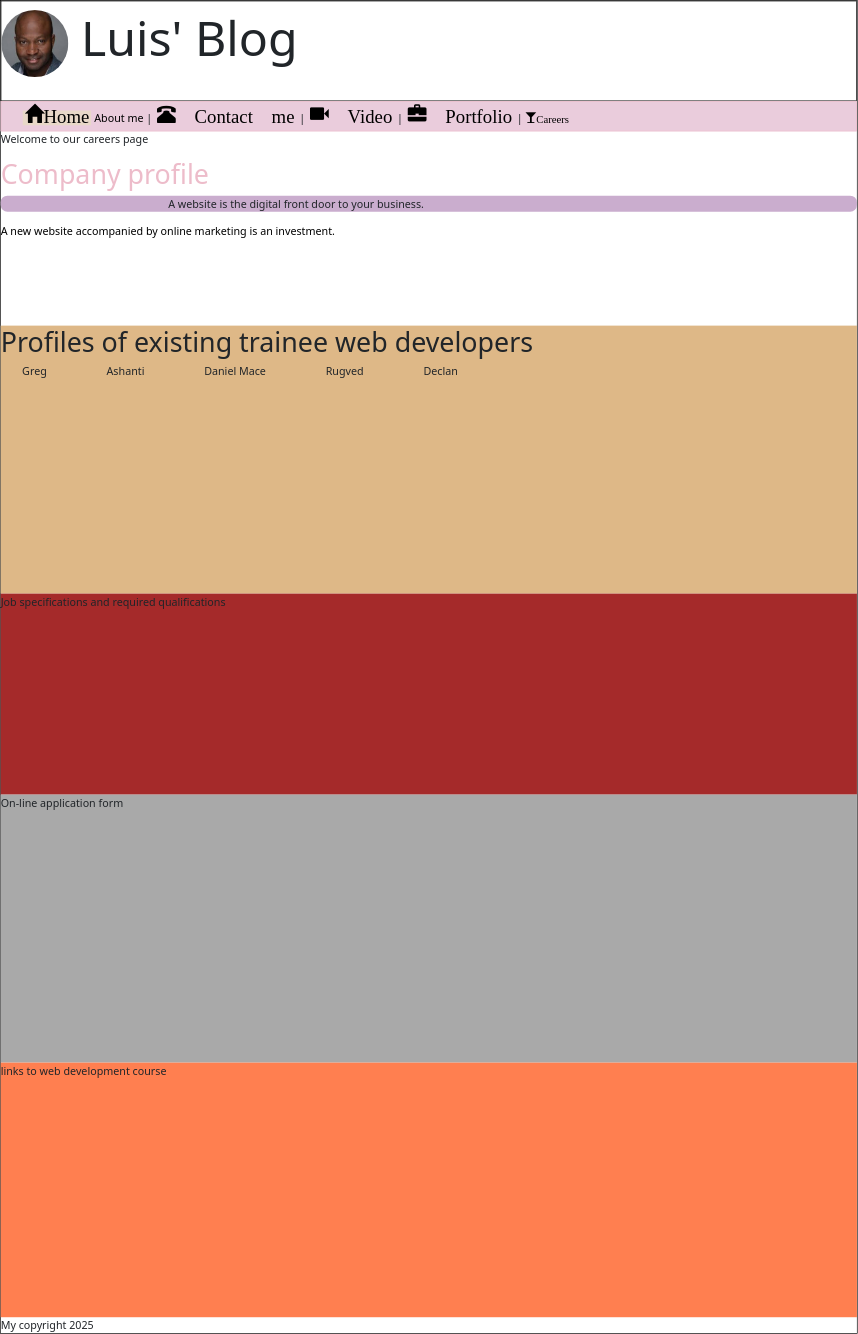
Repository: wduluis/wduluis.github.io
Page: careers.html
An editor plug-in stored every save of this project. The page is shown before and after the next save, followed by the edit.
The browser window is 1280 px wide. The pictures show the whole page, at 67% of full size.

Above is the page before, as saved 2025-05-09 12:23:35.

After the next save:
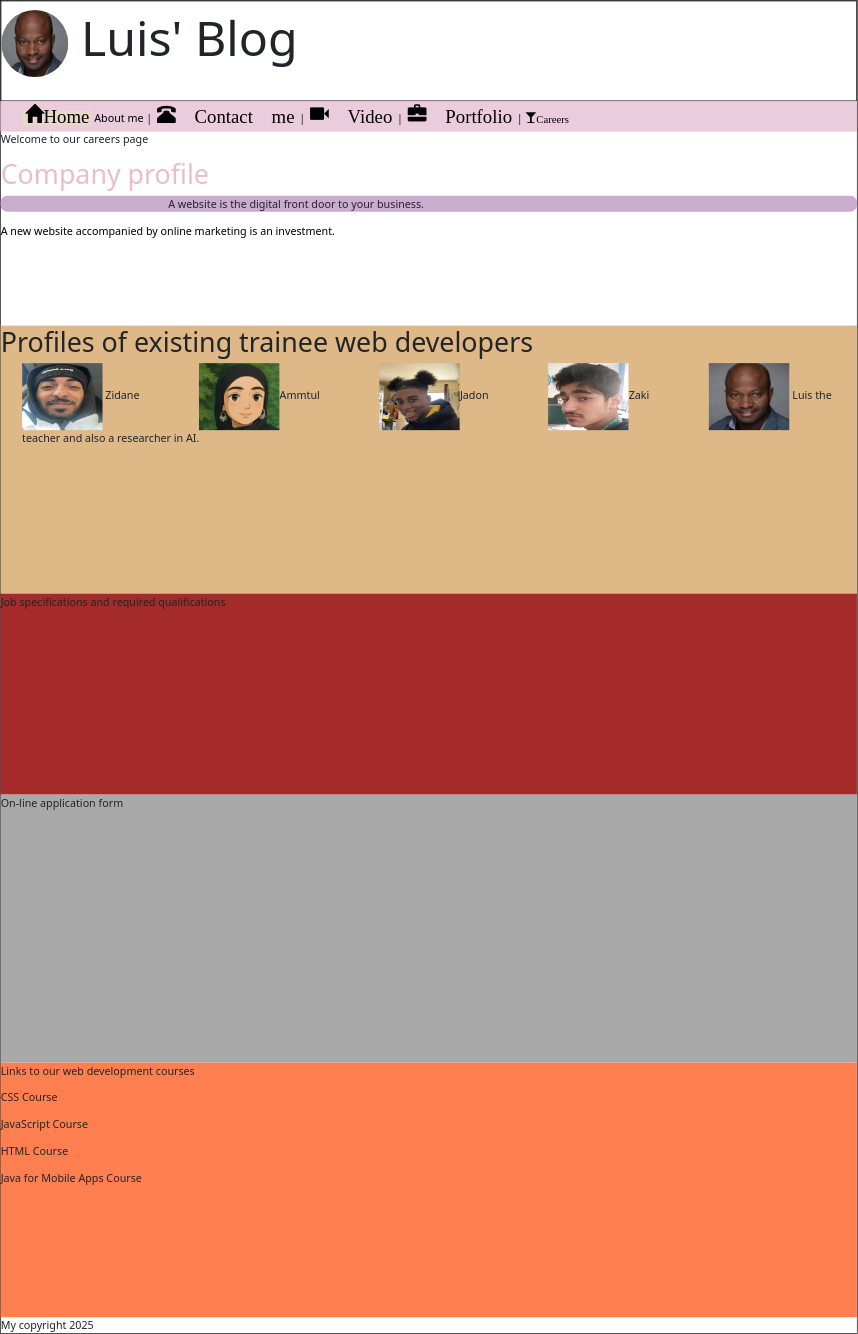
Saved 3 days later.
--- a/careers.html
+++ b/careers.html
@@ -47,22 +47,37 @@
 
 </div>
 
+<!-- <img style="float: left; margin: 0px 15px 15px 0px;" src="image/your-image.png" width="100" />
+<br style="clear:both;" />
+-->
+
+
 <div class="current_trainees"><h1>Profiles of existing trainee web developers</h1>
 <ul>
-    <li class="name">Greg</li>
-    <li class="name">Ashanti</li>
-    <li class="name">Daniel Mace</li>
-    <li class="name">Rugved</li>
-    <li class="name">Declan</li>
+    <li class="zidane"><img src="images/zidane.jpg" alt="photo of Zidane" width="120" height="100"> Zidane</li>
+    <li class="ammtul"><img src="images/ammtul.jpg" alt="photo of Ammtul" width="120" height=" 100">Ammtul</li>
+    <li class="jadon"><img src="images/jadon.jpg" alt="photo of Jadon" width="120" height="100">Jadon</li>
+    <li class="zaki"><img src="images/zaki.jpg" alt="photo of Zaki" width="120" height="100">Zaki</li>
+    <li class="myluis"><img src="images/luis_photo.jpg" alt="photo of Luis" width="120" height="100">
+        <span class="the-text">Luis the teacher and also a researcher in AI.</span></li>
 </ul>
-
 
 </div>
 
 <div class="job_spec"><p>Job specifications and required qualifications</p></div>
 <div class="application_form"><p>On-line application form</p></div>
 
-<div class="our_courses"><p>links to web development course</p></div>
+<div class="our_courses">
+
+    <p>Links to our web development courses</p>
+    <dd>
+        <dl class="cs">CSS Course</dl>
+        <dl class="js">JavaScript Course</dl>
+        <dl class="hc">HTML Course</dl>
+        <dl class="jmac">Java for Mobile Apps Course</dl>
+    </dd>
+
+</div>
 
  </div>
 
